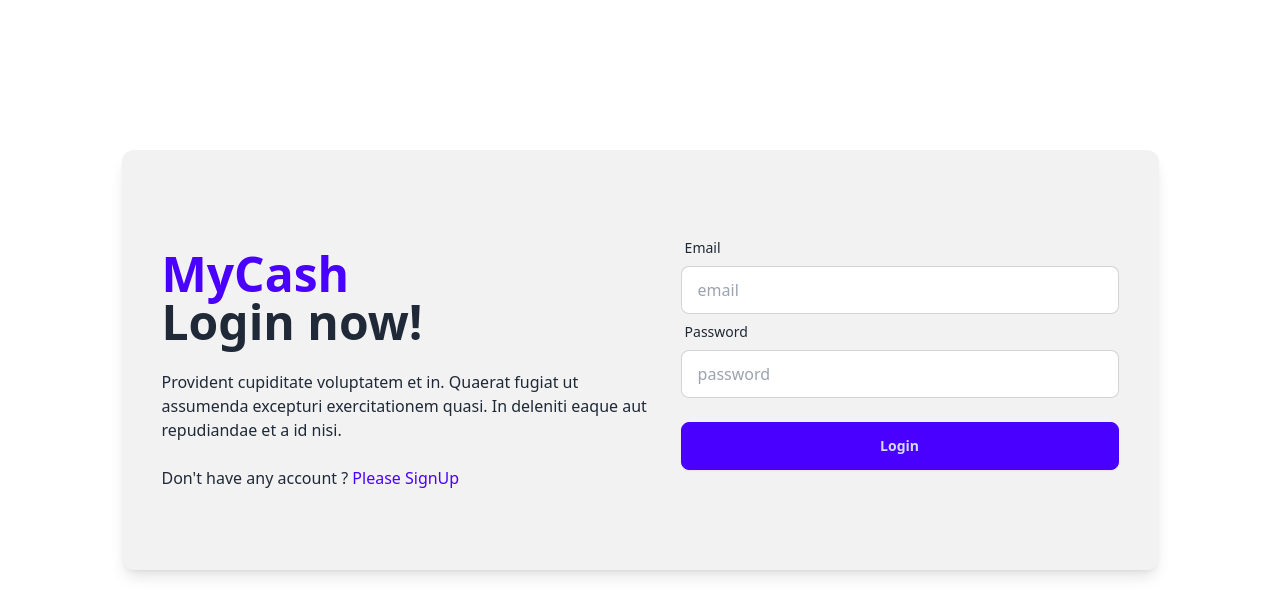
Repository: ShouravAhammed/Showcase
Page: /Login
The author's editor kept a copy of each file at every save. The page is drawn from the files as they stood at one save, then again after the next save.
The browser window is 1280 px wide. The pictures show the whole page.
The project was rebuilt for these pictures with package versions that can differ from the ones it lists, and the page was loaded fresh each time. Also part of the build but not shown: vite.config.js, src/Pages/SignUp/SignUp.jsx, src/Components/Shared/Navbar.jsx, src/Layouts/Root.jsx, src/Pages/Home/Home.jsx.

Above is the page before, as saved 2024-08-19 01:34:00.

### src/main.jsx
import { StrictMode } from 'react'
import { createRoot } from 'react-dom/client'
import {
  RouterProvider,
} from "react-router-dom";
import './index.css'
import router from './Routes/Routes';

createRoot(document.getElementById('root')).render(
  <StrictMode>
    <RouterProvider router={router}/>
  </StrictMode>,
)

### src/index.css
/* Fonts from google fonts */
@import url('https://fonts.googleapis.com/css2?family=Poppins:ital,wght@0,100;0,200;0,300;0,400;0,500;0,600;0,700;0,800;0,900;1,100;1,200;1,300;1,400;1,500;1,600;1,700;1,800;1,900&display=swap');

@tailwind base;
@tailwind components;
@tailwind utilities;

### src/Routes/Routes.jsx
import {
    createBrowserRouter,
} from "react-router-dom";
import SignUp from "../Pages/SignUp/SignUp";
import Login from "../Pages/Login/Login";
import Root from "../Layouts/Root";
import Home from "../Pages/Home/Home";

const router = createBrowserRouter([
    {
      path: "/",
      element: <Root/>,
      children: [
        {
          path: "/",
          element: <Home/>
        },
      ]
    },
    {
        path: "/signUp",
        element: <SignUp/>
    },
    {
        path: "/Login",
        element: <Login/>
    }
  ]);
export default router;

### src/Pages/Login/Login.jsx
import { Link } from "react-router-dom";


const Login = () => {

    const handleLogin = () => {

    }

    return (
        <div className="min-h-screen flex justify-center items-center">
        <div className="  bg-base-200 shadow-lg h-1/2 py-20 rounded-xl">
            <div className="flex flex  gap-5 lg:flex-row-reverse px-10 ">

                <div className="  w-full max-w-xl ">
                    <form className="" onSubmit={handleLogin}>
                        <div className="form-control">
                            <label className="label">
                                <span className="label-text">Email</span>
                            </label>
                            <input name="email" type="email" placeholder="email" className="input input-bordered" required />
                        </div>
                        <div className="form-control">
                            <label className="label">
                                <span className="label-text">Password</span>
                            </label>
                            <input name="password" type="password" placeholder="password" className="input input-bordered" required />

                        </div>
                        <div className="form-control mt-6">
                            <button className="btn btn-primary">Login</button>
                        </div>
                    </form>
                </div>
                <div className="text-center lg:text-left max-w-2xl mt-5">

                    <div>
                        <h1 className="text-5xl font-bold text-primary">MyCash </h1>
                        <h1 className="text-5xl font-bold">Login now!</h1>
                        <p className="py-6">
                            Provident cupiditate voluptatem et in. Quaerat fugiat ut assumenda excepturi exercitationem
                            quasi. In deleniti eaque aut repudiandae et a id nisi.
                        </p>

                    </div>
                    <div>
                        <p>Don't  have any account ? <Link className="text-primary" to={'/register'}>Please SignUp </Link></p>
                    </div>
                </div>
            </div>
        </div>
    </div>
    );
};

export default Login;

### tailwind.config.js
/** @type {import('tailwindcss').Config} */
import daisyui from "daisyui";
export default {
content: ["./index.html", "./src/**/*.{js,ts,jsx,tsx}"],
theme: {
extend: {
  fontFamily: {
    "Poppins": 'font-family: "Poppins", sans-serif;',
  },
},
},
plugins: [daisyui],
daisyui: { themes: ["light"] },
};

Loaded but not shown: index.html (common file)

After the next save:
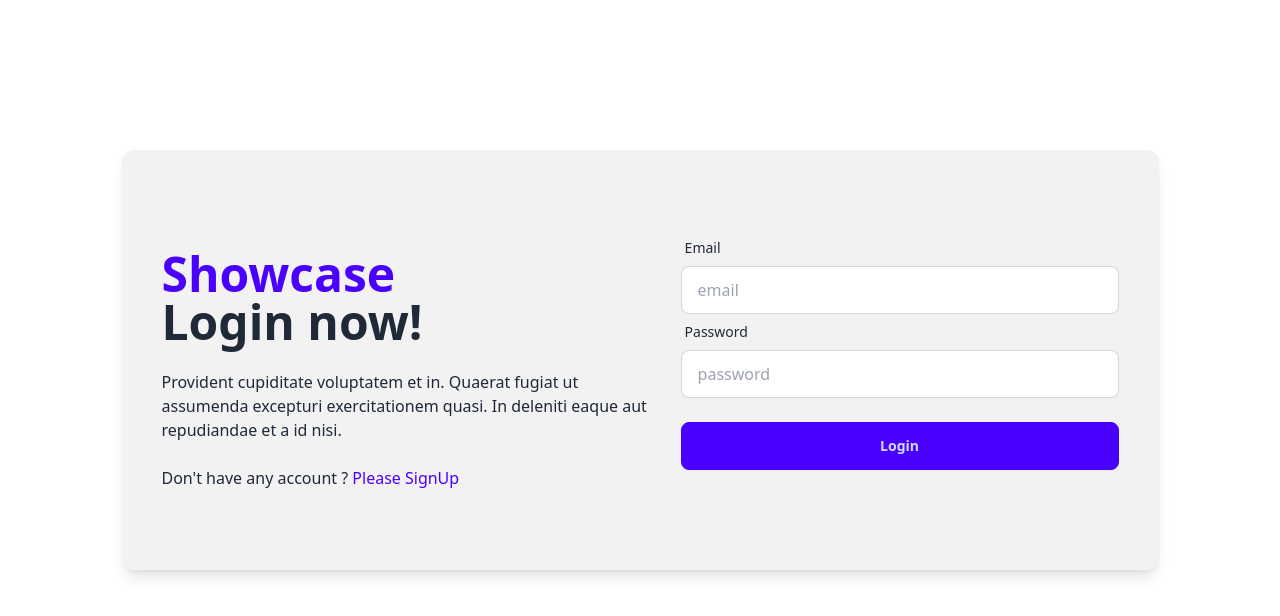
Saved 39 min 56 s later.
--- a/src/Pages/Login/Login.jsx
+++ b/src/Pages/Login/Login.jsx
@@ -35,7 +35,7 @@ const Login = () => {
                 <div className="text-center lg:text-left max-w-2xl mt-5">
 
                     <div>
-                        <h1 className="text-5xl font-bold text-primary">MyCash </h1>
+                        <h1 className="text-5xl font-bold text-primary">Showcase </h1>
                         <h1 className="text-5xl font-bold">Login now!</h1>
                         <p className="py-6">
                             Provident cupiditate voluptatem et in. Quaerat fugiat ut assumenda excepturi exercitationem
